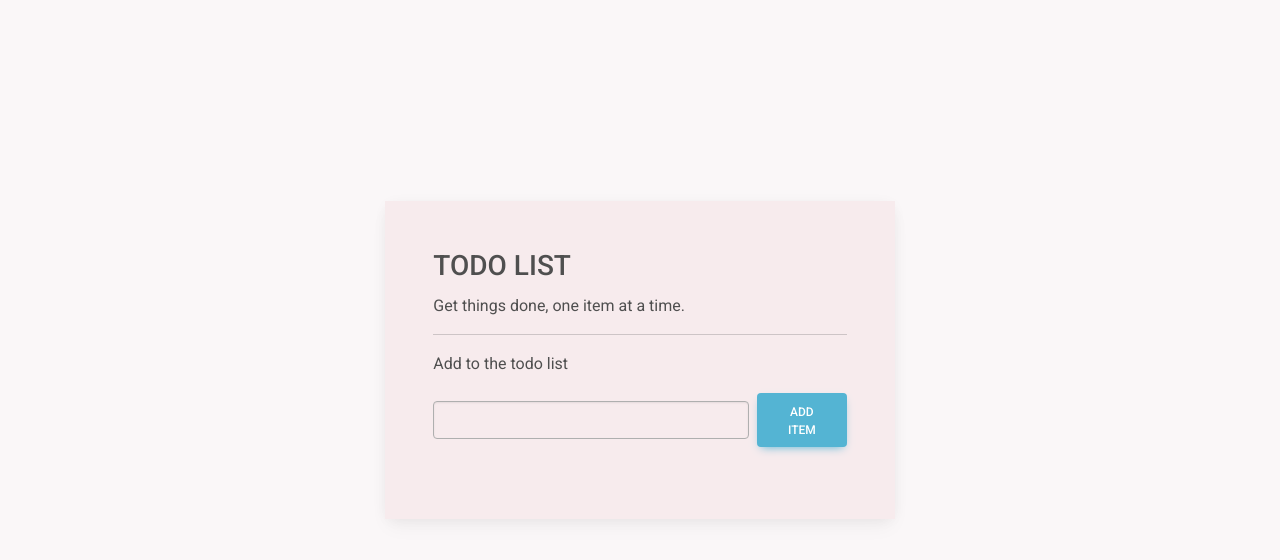
Repository: TinhTT336/MD02_HACKATHON01_HN_JV230620_BS_TranThiTinh_Basic
Page: /
The author's editor kept a copy of each file at every save. The page is drawn from the files as they stood at one save, then again after the next save.
The browser window is 1280 px wide. The pictures show the whole page.
Some web libraries are served in a nearby version. The project was rebuilt for these pictures with package versions that can differ from the ones it lists, and the page was loaded fresh each time. Also part of the build but not shown: vite.config.js, src/App.css.

Above is the page before, as saved 2023-09-05 11:10:36.

After the next save:
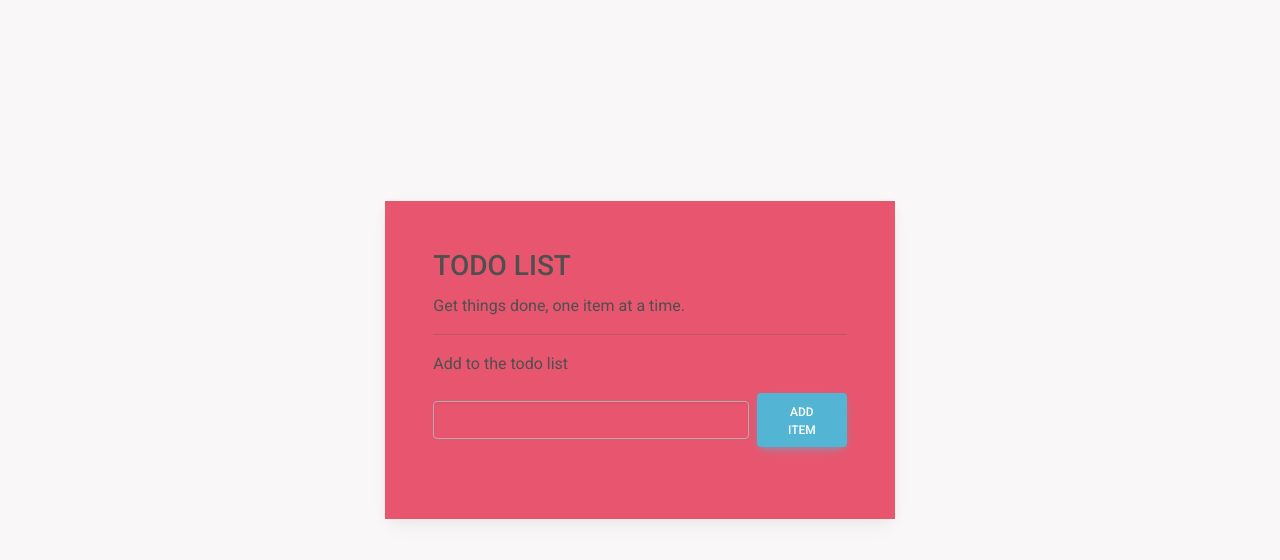
Saved 13 s later.
--- a/src/index.css
+++ b/src/index.css
@@ -75,5 +75,5 @@ body {
   margin: 0 auto !important;
 }
 .card-body {
-  background-color: #f7ebed !important;
+  background-color: #e7566e !important;
 }
